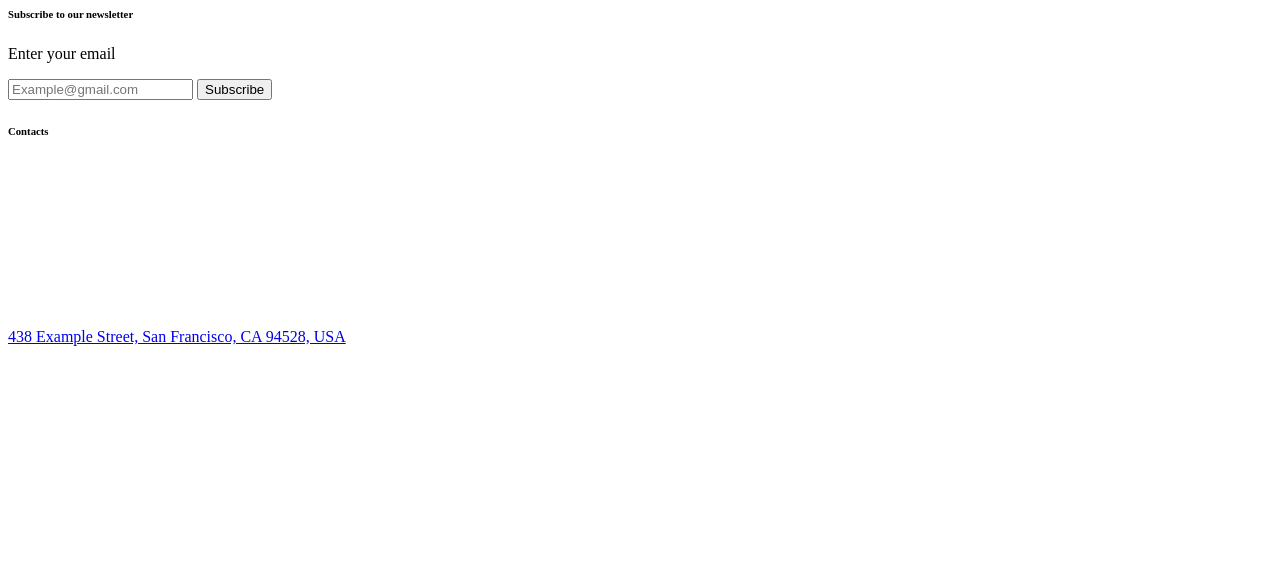
Repository: NuclMe/MyBeatifulMarkup
Page: src/components/footer/footer.html
These files come from the project's save history. The page is drawn as it stood at one moment and after the next save; the edit follows.
The browser window is 1280 px wide. The pictures show the whole page.

Above is the page before, as saved 2021-09-22 23:24:49.

### src/components/footer/footer.html
<footer class="footer">
  <div class="container container__medium">
    <h6 class="footer__title">Subscribe to our newsletter</h6>
    <form class="form">
      <label class="form__label">
        <p class="form__text">Enter your email</p>
        <input type="text" name="send-email" class="form__input" placeholder="Example@gmail.com" />
      </label>
      <button class="btn-footer">Subscribe</button>
    </form>
    <section class="info">
      <div class="contacts">
        <h6 class="info__title">Contacts</h6>
        <div class="contact__links">
          <a href="#" class="contact__link">
            <svg class="svg-icon"><use xlink:href="#icon-location"></use></svg>
            <p class="contact__link-text">438 Example Street, San Francisco, CA 94528, USA</p>
          </a>
        </div>
      </div>
    </section>
  </div>
</footer>

After the next save:
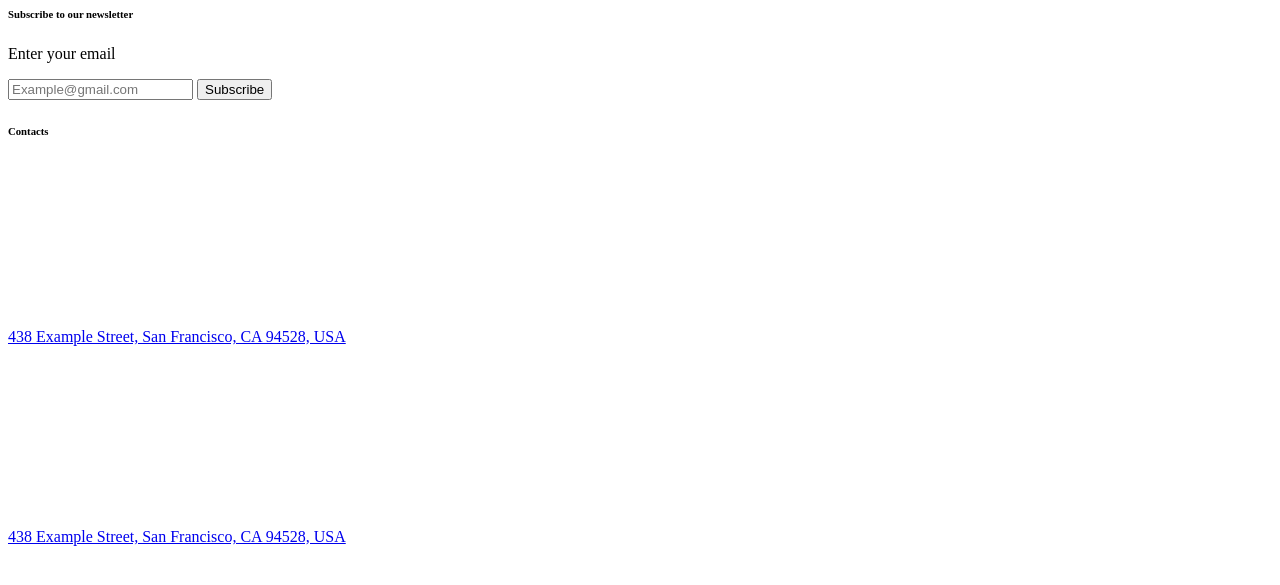
Saved 13 s later.
--- a/src/components/footer/footer.html
+++ b/src/components/footer/footer.html
@@ -16,6 +16,10 @@
             <svg class="svg-icon"><use xlink:href="#icon-location"></use></svg>
             <p class="contact__link-text">438 Example Street, San Francisco, CA 94528, USA</p>
           </a>
+          <a href="#" class="contact__link">
+            <svg class="svg-icon"><use xlink:href="#icon-location"></use></svg>
+            <p class="contact__link-text">438 Example Street, San Francisco, CA 94528, USA</p>
+          </a>
         </div>
       </div>
     </section>
